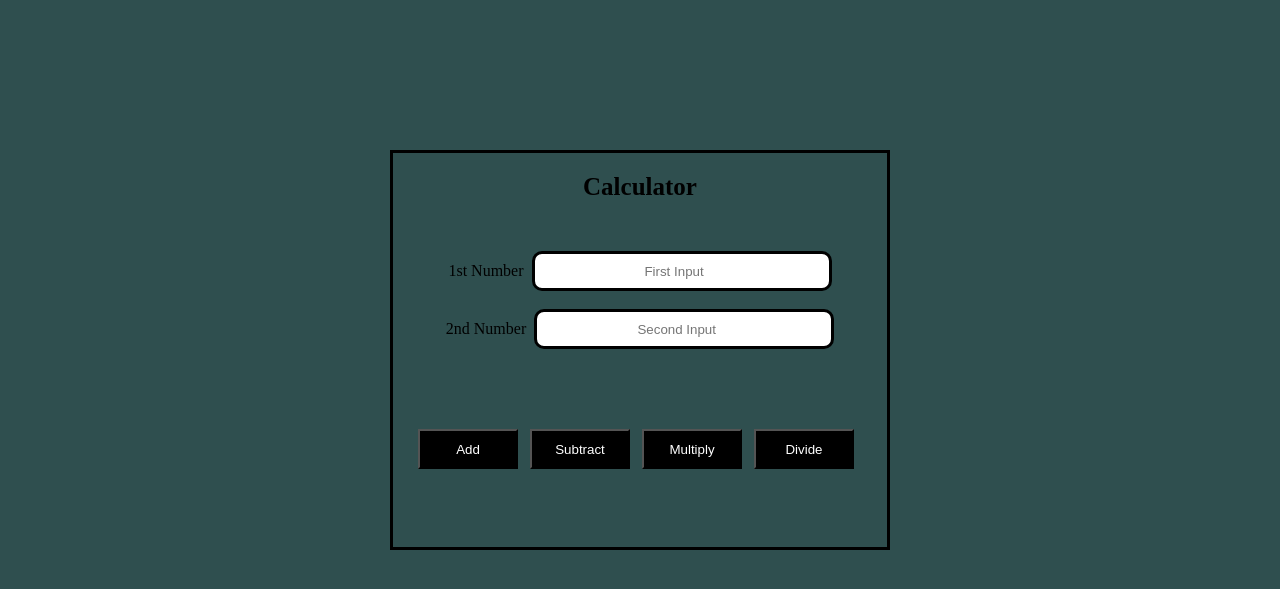
Repository: Shreyash1107/Intern_Projects
Page: Calculator/src/main/webapp/Calculator.html
The author's editor kept a copy of each file at every save. The page is drawn from the files as they stood at one save, then again after the next save.
The browser window is 1280 px wide. The pictures show the whole page.

Above is the page before, as saved 2024-07-03 10:57:12.

### Calculator/src/main/webapp/Calculator.html
<!DOCTYPE html>
<html>
<head>
<meta charset="ISO-8859-1">
<title>Calculator</title>
<link rel="stylesheet" href="style.css"/>
</head>
<body>
		<center>
			<form>
				<div class="wrapper">
			<h4>Calculator</h4>
			<div class="container">
					<tr>
					<td>1st Number</td>&nbsp;
						<td><input type="number" name="First" value="" placeholder="First Input"</td>
					</tr>
					<br><br>
					<tr>
						<td>2nd Number</td>&nbsp;
						<td><input type="number" name="Second" value="" placeholder="Second Input"</td>
					</tr>
					<div class="Result">
					<input type="submit" name="a" value="Add" autocomplete="off">&nbsp;&nbsp;
					<input type="submit" name="b" value="Subtract" autocomplete="off">&nbsp;&nbsp;
					<input type="submit" name="c" value="Multiply" autocomplete="off">&nbsp;&nbsp;
					<input type="submit" name="d" value="Divide" autocomplete="off">&nbsp;&nbsp;
					</div>
			</div>
		</div>
			</form>
		</center>
</body>
</html>

### Calculator/src/main/webapp/style.css
@charset "ISO-8859-1";
*
{
	padding: 0;
	margin:0;
	box-sizing: border-box;
}
body
{
	background-color:darkslategrey;
}
.wrapper
{
	width: 500px;
	height:400px;
	border: 3px solid black;
	margin:150px auto;
}
.wrapper h4
{
	padding-top: 20px;
	font-size: 25px;
}
.container
{
	padding-top: 50px;
}
.Result
{
	padding-top: 80px;
}
.container tr td
{
	font-weight: bold;
}
input[type="number"]
{
	width: 300px;
	height:40px;
	border: 3px solid black;
	border-radius: 10px;
}
input[type="number"]::placeholder
{
	text-align: center;
}
input[type="submit"]
{
	background-color: black;
	color: white;
	width: 100px;
	height: 40px;
}
input[type="submit"]
{
	cursor: pointer;
	background-color: ;
}

After the next save:
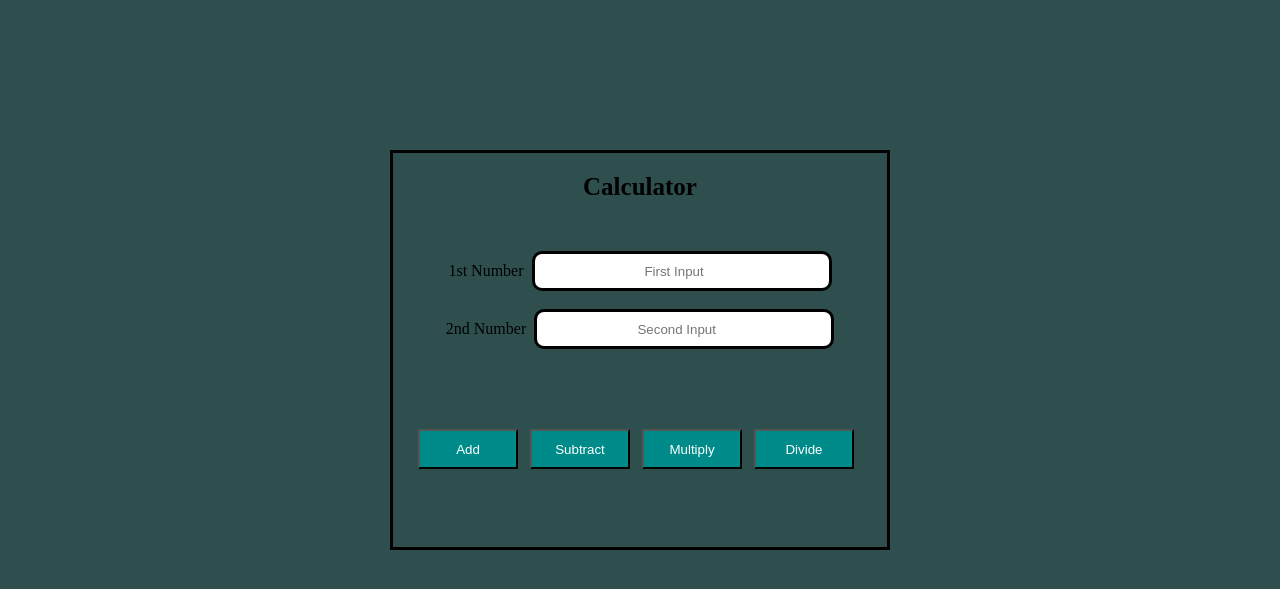
Saved 11 s later.
--- a/Calculator/src/main/webapp/style.css
+++ b/Calculator/src/main/webapp/style.css
@@ -54,5 +54,5 @@
 input[type="submit"]
 {
 	cursor: pointer;
-	background-color: ;
+	background-color:darkcyan;
 }

After the save that followed:
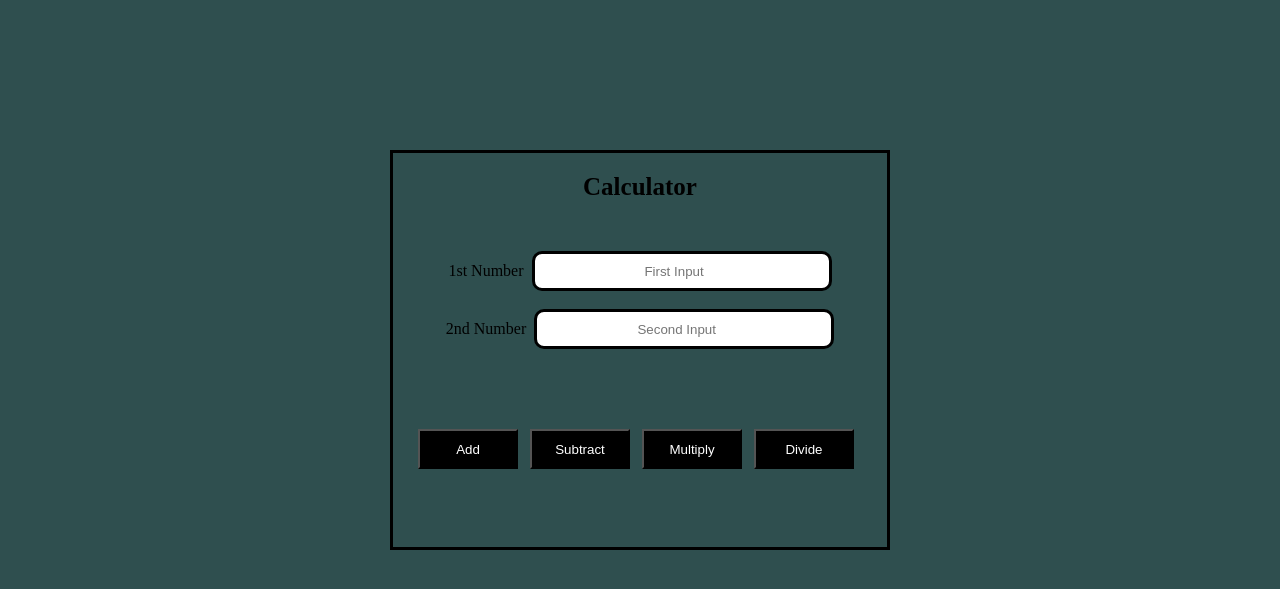
Saved 13 s later.
--- a/Calculator/src/main/webapp/style.css
+++ b/Calculator/src/main/webapp/style.css
@@ -51,7 +51,7 @@
 	width: 100px;
 	height: 40px;
 }
-input[type="submit"]
+input[type="submit"]:hover
 {
 	cursor: pointer;
 	background-color:darkcyan;
